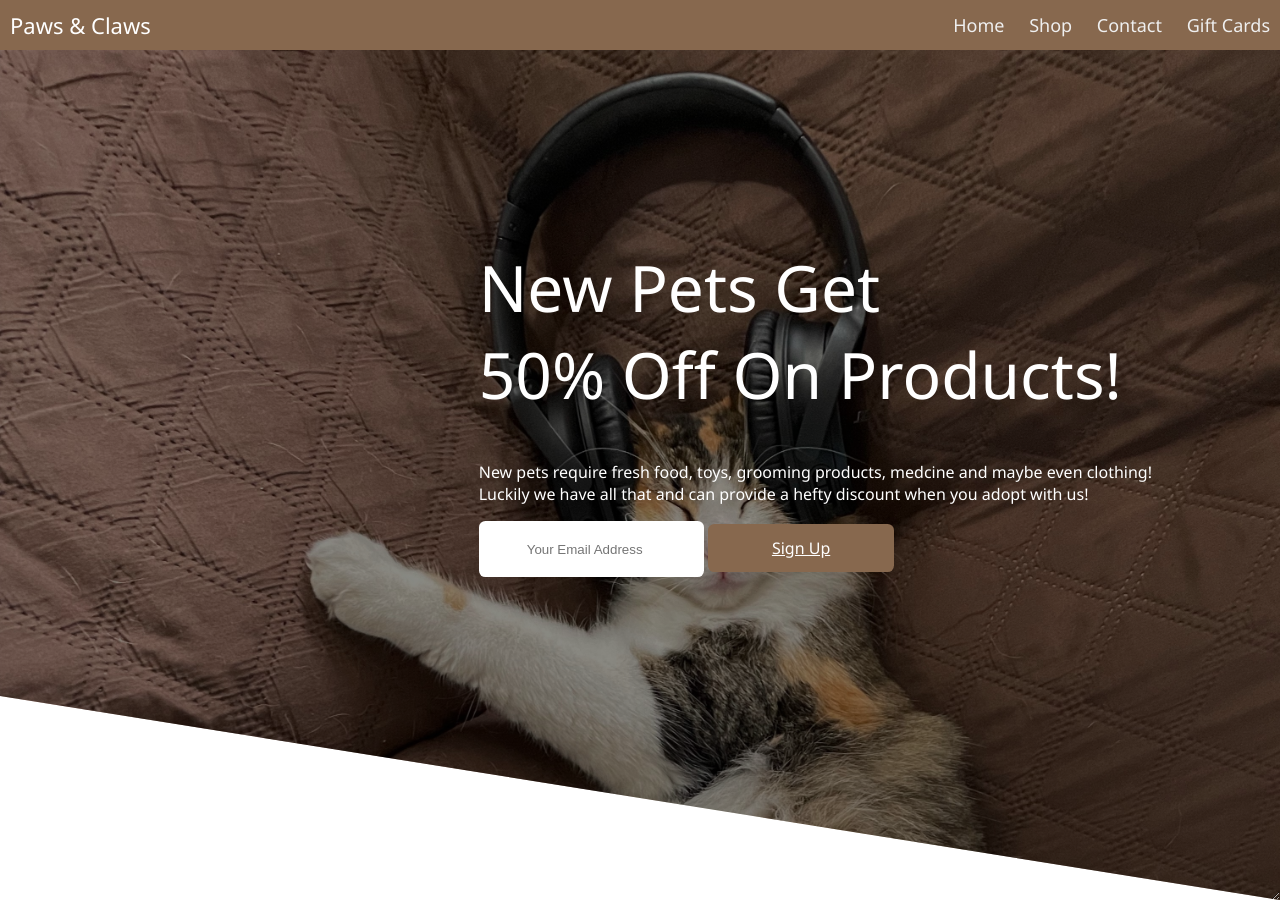
Repository: LtGriff/petProject
Page: dist/about.html
The author's editor kept a copy of each file at every save. The page is drawn from the files as they stood at one save, then again after the next save.
The browser window is 1280 px wide. The pictures show the whole page.

Above is the page before, as saved 2022-05-19 08:02:06.

### dist/about.html
<!DOCTYPE html>
<html lang="en">
<head>
    <meta charset="UTF-8">
    <meta http-equiv="X-UA-Compatible" content="IE=edge">
    <meta name="viewport" content="width=device-width, initial-scale=1.0">
    <link rel="stylesheet" type="text/css" href="../CSS/about.css">
    <title>About the Animal House</title>
</head>
<body>
<!-------------NAV***************BAR----------------------->

    <div class="nav">
        <input type="checkbox" id="nav-check">
        <div class="nav-header">
          <div class="nav-title">
            Paws & Claws
          </div>
        </div>
        <div class="nav-btn">
          <label for="nav-check">
            <span></span>
            <span></span>
            <span></span>
          </label>
        </div>

        <div class="nav-links">
          <a href="index.html" target="">Home</a>
          <a href="shop.html" target="_blank">Shop</a>
          <a href="contact.html" target="_blank">Contact</a>
          <a href="giftcard.html" target="_blank">Gift Cards</a>
        </div>
      </div>

    <!-------------NAV*******BAR********END----------------------->


 <!------------------HEADER*******SECTION---------------------->


 <div class="dogfield"></div>

 <header id="header-section">
  <div class="header-text container">
      <h1>New Pets Get <br> 50%  Off On Products!</h1>
      <p>
         New pets require fresh food, toys, grooming products, medcine and maybe even clothing!<br> Luckily we have all that and can provide a hefty discount when you adopt with us!
      </p>
      <input id="userInput" type="email" placeholder="Your Email Address" required>
      <a class="cta" href="#">Sign Up</a>
      <p id="error">Please provide a valid email address</p>
  </div>
</header>










</body>
</html>

### dist/CSS/about.css
/** NAV BAR **/

* {
    box-sizing: border-box;
  }

  body {
    margin: 0px;
    font-family: 'segoe ui';
  }

  .nav {
    height: 50px;
    width: 100%;
    background-color: #87684e;

  /**
    opacity: .5;
    filter: alpha(opacity=50);
    position: relative;**/
    /* z-index: ; */


    box-shadow:
    0 2.8px 2.2px rgba(0, 0, 0, 0.034),
    0 6.7px 5.3px rgba(0, 0, 0, 0.048),
    0 12.5px 10px rgba(0, 0, 0, 0.06),
    0 22.3px 17.9px rgba(11, 4, 4, 0.072),
    0 41.8px 33.4px rgba(0, 0, 0, 0.086),
    0 100px 80px rgba(0, 0, 0, 0.12);
  }

  .nav > .nav-header {
    display: inline;
  }

  .nav > .nav-header > .nav-title {
    display: inline-block;
    font-size: 22px;
    color: #fff;
    padding: 10px 10px 10px 10px;
  }

  .nav > .nav-btn {
    display: none;
  }

  .nav > .nav-links {
    display: inline;
    float: right;
    z-index: 9;
    font-size: 18px;
  }

  .nav > .nav-links > a {
    display: inline-block;
    padding: 13px 10px 13px 10px;
    text-decoration: none;
    color: #efefef;
  }

  .nav > .nav-links > a:hover {
    background-color: rgba(0, 0, 0, 0.3);
  }

  .nav > #nav-check {
    display: none;
  }


 /** HEADER SECTION **/

#header-section{
    height: 90vh;
    background-image: linear-gradient(
        to left bottom,
        rgba(0, 0, 0, 0.4),
        rgba(0, 0, 0, 0.5)),
    url("../img/catsleep.jpg");
    background-attachment: scroll;
    background-size: cover;
    background-repeat: no-repeat;
    width: auto;
    height: 850px;
    resize: both;
    overflow: scroll;
    clip-path: polygon(0% 0%,100% 0%,100% 100%,0% 76%);

  }



  .header-text {
    position: absolute;
    top: 28%;
    right: 10%;
    color: #ffffff;
  }

  .header-text h1 {
    font-size: 4rem;
    font-weight: 500;
  }

  .header-text p {
    margin-bottom: 1rem;
  }

  #header-section input {
    width: 225px;
    height: 3.5rem;
    border-radius: 0.4rem;
    border: none;
    padding: 0.5rem 3rem;
  }

  .cta {
    background-color: #87684e;
    padding: 0.8rem 4rem;
    border-radius: 0.4rem;
    color: #fff;
    font-weight: 400;
  }

  .cta:hover {
    transform: translateY(-3px);
    box-shadow: 0 1rem 2rem rgba(0, 0, 0, .2);
  }

  .cta:active {
    transform: translateY(-1px);
    box-shadow: 0 .5rem 1rem rgba(0, 0, 0, .2);
  }

  .cta::after {
    content: "";
    display: inline-block;
    height: 100%;
    width: 100%;
    border-radius: 10rem;
    position: absolute;
    top: 0;
    left: 0;
    z-index: -1;
    transition: all .4s;
  }

  .cta:hover::after {
    transform: scaleX(1.4) scaleY(1.6);
    opacity: 0;
  }

  #error {
    color: red;
    font-weight: 600;
    display: none;
    margin-top: 1rem;
    transition: all 0.5s ease-in;
  }

@media (max-width:600px) {
    .nav > .nav-btn {
      display: inline-block;
      position: absolute;
      right: 0px;
      top: 0px;
    }
    .nav > .nav-btn > label {
      display: inline-block;
      width: 50px;
      height: 50px;
      padding: 13px;
    }
    .nav > .nav-btn > label:hover,.nav  #nav-check:checked ~ .nav-btn > label {
      background-color: rgba(0, 0, 0, 0.3);
    }
    .nav > .nav-btn > label > span {
      display: block;
      width: 25px;
      height: 10px;
      border-top: 2px solid #eee;
    }
    .nav > .nav-links {
      position: absolute;
      display: block;
      width: 100%;
      background: rgb(234,212,189);
      background: linear-gradient(7deg, rgba(234,212,189,1) 0%, rgba(204,175,140,1) 24%, rgba(191,161,124,1) 64%, rgba(135,104,78,1) 98%);
      height: 0px;
      transition: all 0.3s ease-in;
      overflow-y: hidden;
      top: 50px;
      left: 0px;
    }
    .nav > .nav-links > a {
      display: block;
      width: 100%;
    }
    .nav > #nav-check:not(:checked) ~ .nav-links {
      height: 0px;
    }
    .nav > #nav-check:checked ~ .nav-links {
      height: calc(28vh - 50px);
      overflow-y: auto;
    }

  }

After the next save:
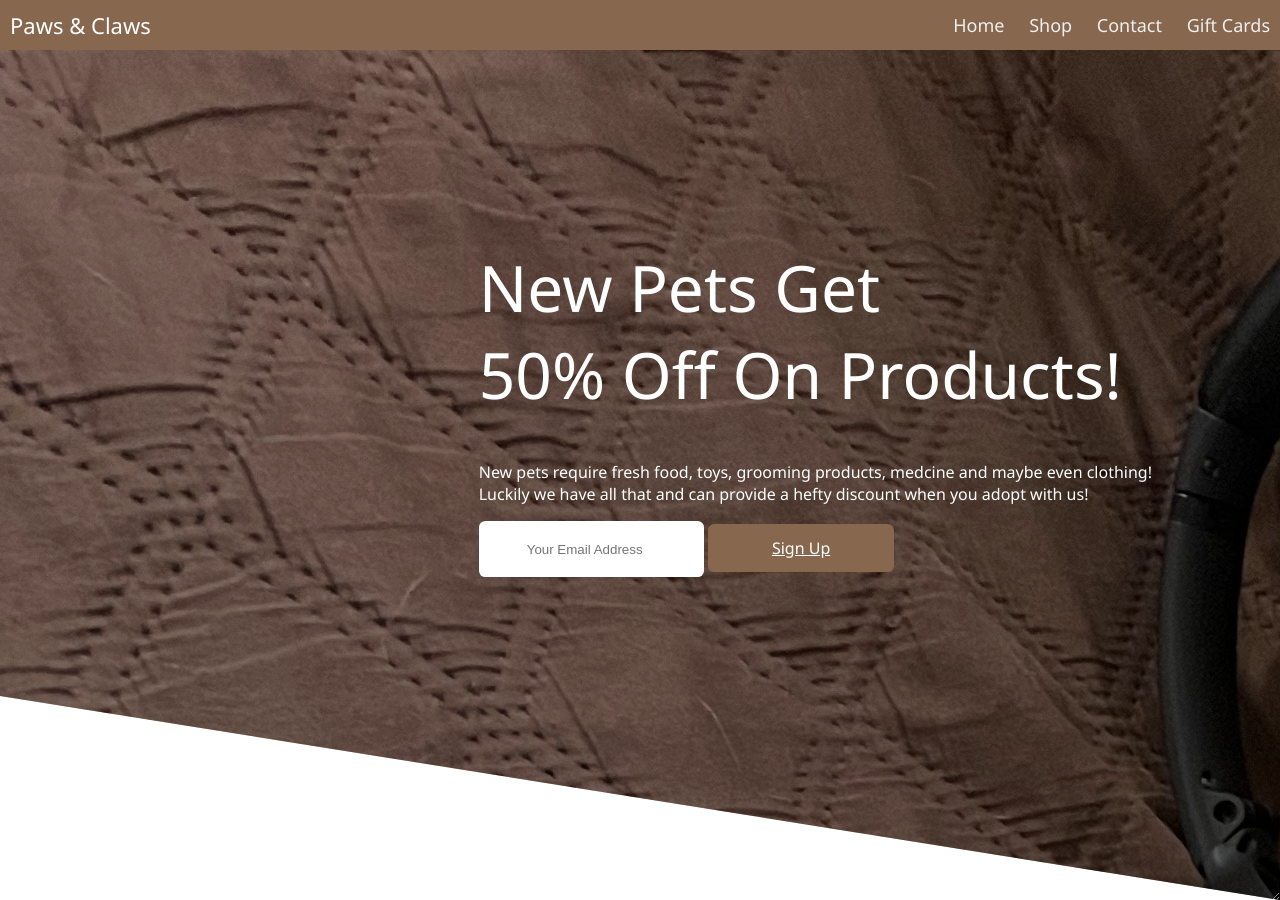
Saved 9 s later.
--- a/dist/CSS/about.css
+++ b/dist/CSS/about.css
@@ -77,7 +77,7 @@
         rgba(0, 0, 0, 0.4),
         rgba(0, 0, 0, 0.5)),
     url("../img/catsleep.jpg");
-    background-attachment: scroll;
+    background-attachment:
     background-size: cover;
     background-repeat: no-repeat;
     width: auto;

After the 2 saves that followed:
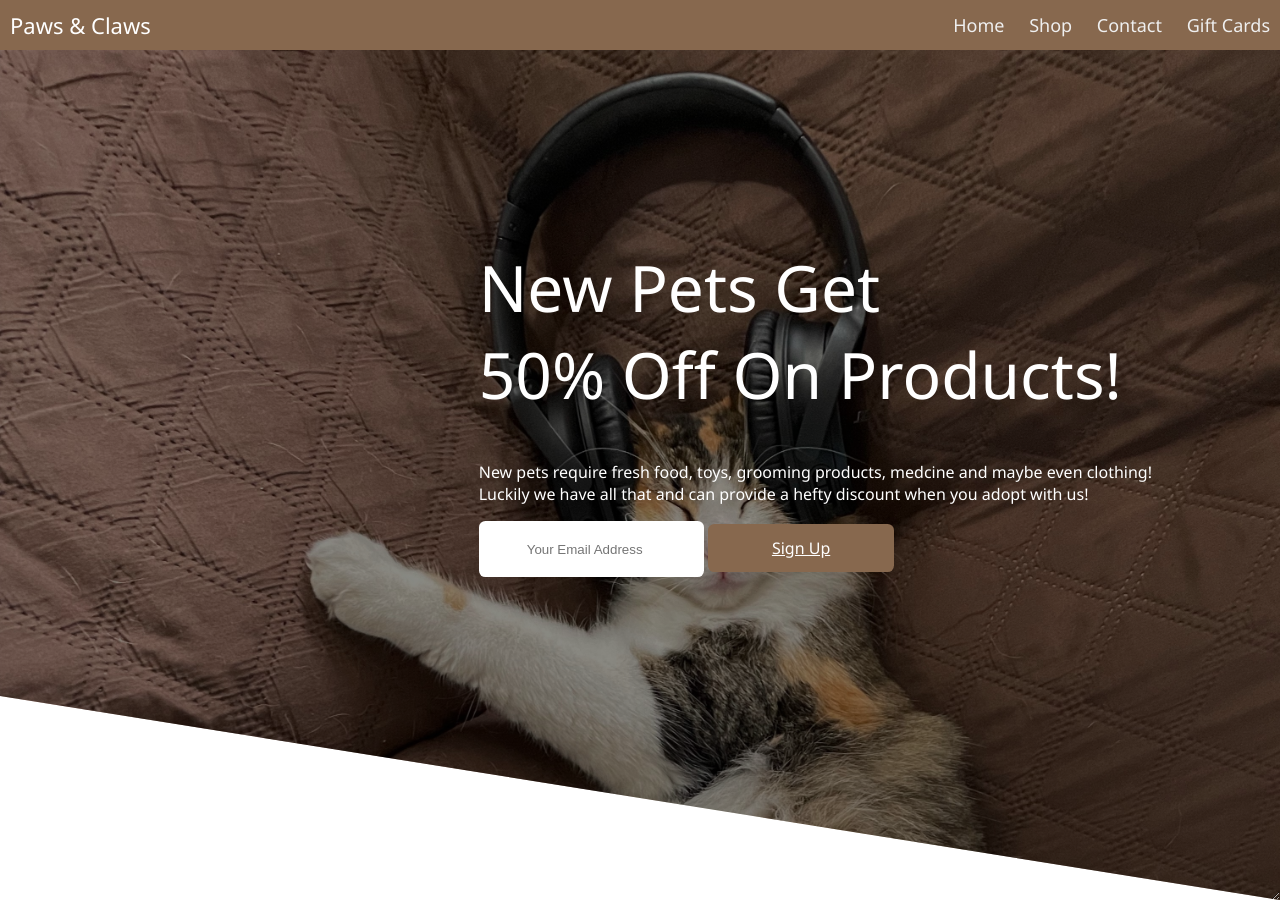
The 2 saves are shown as one change because they came seconds apart.
The last was saved 8 s later.
--- a/dist/CSS/about.css
+++ b/dist/CSS/about.css
@@ -77,7 +77,7 @@
         rgba(0, 0, 0, 0.4),
         rgba(0, 0, 0, 0.5)),
     url("../img/catsleep.jpg");
-    background-attachment:
+    background-attachment:local;
     background-size: cover;
     background-repeat: no-repeat;
     width: auto;
